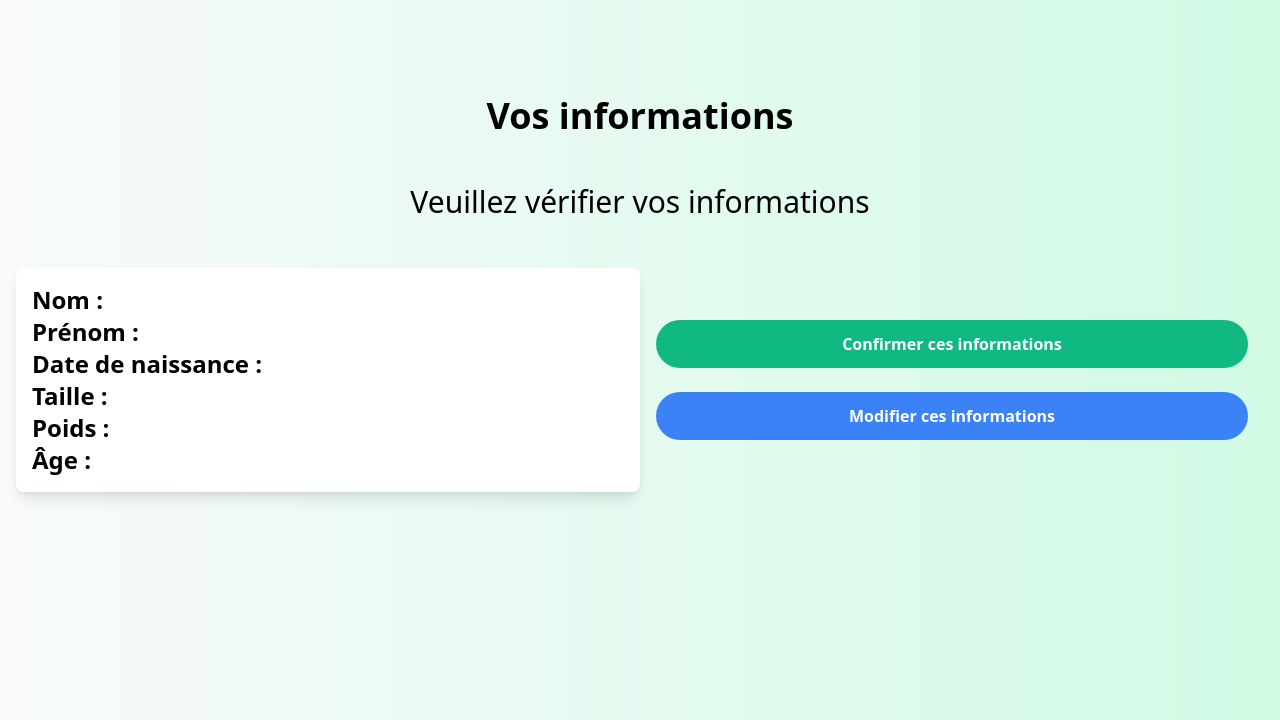
Repository: Ptitlu42/WorkShop2024-2025
Page: informations.html
An editor plug-in stored every save of this project. The page is shown before and after a run of saves, followed by the edit.
The browser window is 1280 px wide. The pictures show the whole page.

Above is the page before, as saved 2024-10-07 14:51:59.

### informations.html
<!DOCTYPE html>
<html class="scroll-smooth">
	<head>
		<title>Borne</title>
		<meta charset="utf-8">
		<link href="https://unpkg.com/tailwindcss@^2/dist/tailwind.min.css" rel="stylesheet">
		<link rel="stylesheet" href="main.css">
        <script src="main.js"></script>
	</head>
	<body class="bg-gradient-to-r from-gray-50 to-green-100">
    <div class="container mx-auto p-4 pt-24">
      <h2 class="text-4xl text-center font-bold">Vos informations</h2>
      <p class="text-3xl text-center pt-12">Veuillez vérifier vos informations</p>
      <div class="flex flex-col sm:flex-row justify-center items-center mt-12">
        <div class="flex flex-col w-full sm:w-1/2 p-4 bg-white rounded-lg shadow-lg">
          <p class="text-2xl font-bold">Nom : <span id="nom" class="text-2xl font-normal"></span></p>
          <p class="text-2xl font-bold">Prénom : <span id="prenom" class="text-2xl font-normal"></span></p>
          <p class="text-2xl font-bold">Date de naissance : <span id="dateNaissance" class="text-2xl font-normal"></span></p>
          <p class="text-2xl font-bold">Taille : <span id="taille" class="text-2xl font-normal"></span></p>
          <p class="text-2xl font-bold">Poids : <span id="poids" class="text-2xl font-normal"></span></p>
          <p class="text-2xl font-bold">Âge : <span id="age" class="text-2xl font-normal"></span></p>
        </div>
        <div class="flex flex-col w-full sm:w-1/2 p-4">
          <button class="bg-green-500 hover:bg-green-700 text-white font-bold py-3 px-6 rounded-full" id="confirmer">Confirmer ces informations</button>
          <button class="bg-blue-500 hover:bg-blue-700 text-white font-bold py-3 px-6 rounded-full mt-6" id="modifier">Modifier ces informations</button>
        </div>
      </div>
    </div>
  </body>

### main.js
  function redirect() {
    window.location.href = "informations.html";
  }

Loaded but not shown: main.css (no stored copy; drawn as an empty file)

After the next 2 saves:
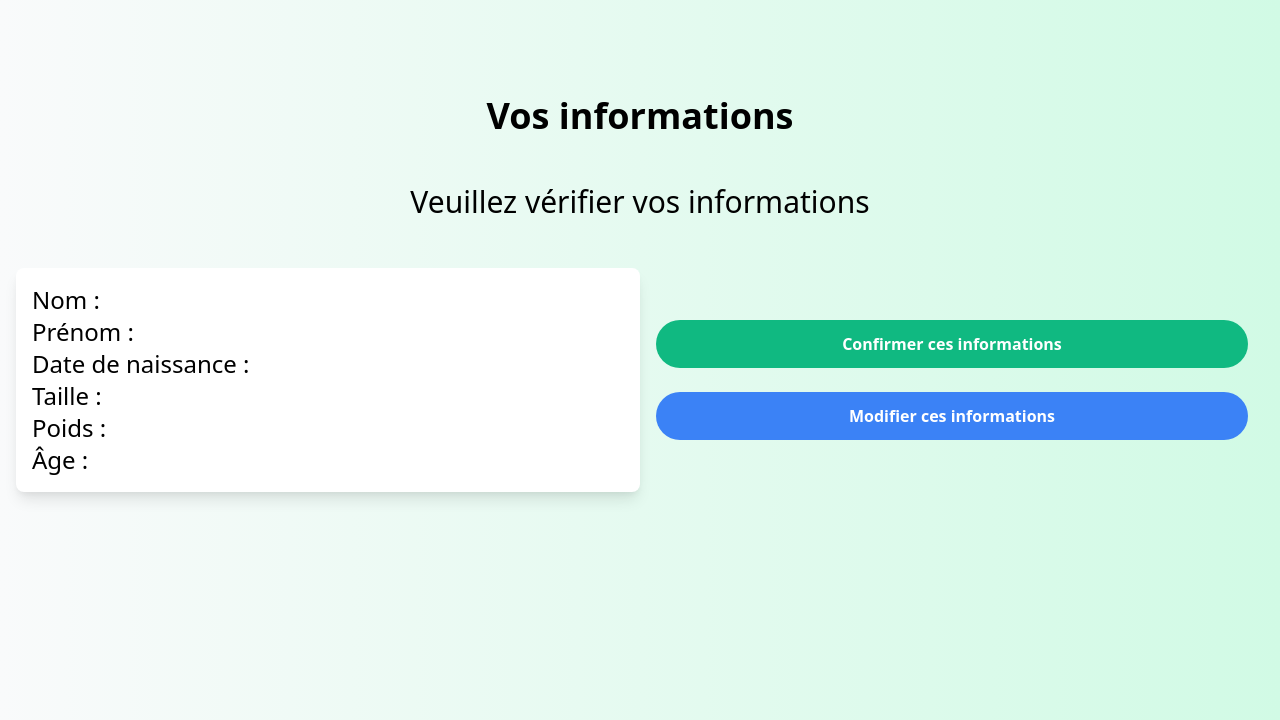
The 2 saves are shown as one change because they came seconds apart.
The last was saved 18 s later.
--- a/informations.html
+++ b/informations.html
@@ -13,12 +13,12 @@
       <p class="text-3xl text-center pt-12">Veuillez vérifier vos informations</p>
       <div class="flex flex-col sm:flex-row justify-center items-center mt-12">
         <div class="flex flex-col w-full sm:w-1/2 p-4 bg-white rounded-lg shadow-lg">
-          <p class="text-2xl font-bold">Nom : <span id="nom" class="text-2xl font-normal"></span></p>
-          <p class="text-2xl font-bold">Prénom : <span id="prenom" class="text-2xl font-normal"></span></p>
-          <p class="text-2xl font-bold">Date de naissance : <span id="dateNaissance" class="text-2xl font-normal"></span></p>
-          <p class="text-2xl font-bold">Taille : <span id="taille" class="text-2xl font-normal"></span></p>
-          <p class="text-2xl font-bold">Poids : <span id="poids" class="text-2xl font-normal"></span></p>
-          <p class="text-2xl font-bold">Âge : <span id="age" class="text-2xl font-normal"></span></p>
+          <p class="text-2xl">Nom : <span id="nom" class="text-2xl font-normal"></span></p>
+          <p class="text-2xl">Prénom : <span id="prenom" class="text-2xl font-normal"></span></p>
+          <p class="text-2xl">Date de naissance : <span id="dateNaissance" class="text-2xl font-normal"></span></p>
+          <p class="text-2xl">Taille : <span id="taille" class="text-2xl font-normal"></span></p>
+          <p class="text-2xl">Poids : <span id="poids" class="text-2xl font-normal"></span></p>
+          <p class="text-2xl">Âge : <span id="age" class="text-2xl font-normal"></span></p>
         </div>
         <div class="flex flex-col w-full sm:w-1/2 p-4">
           <button class="bg-green-500 hover:bg-green-700 text-white font-bold py-3 px-6 rounded-full" id="confirmer">Confirmer ces informations</button>
